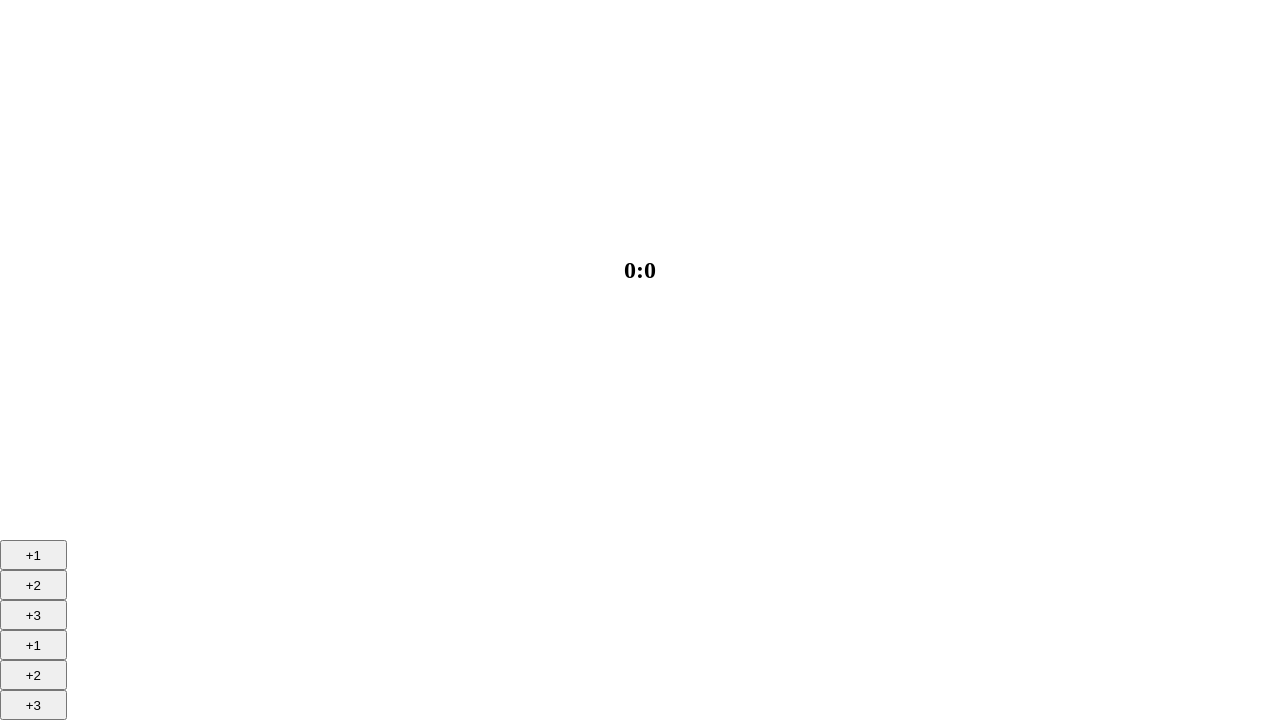
Repository: bollo89/scoreBoard
Page: index.html
The author's editor kept a copy of each file at every save. The page is drawn from the files as they stood at one save, then again after the next save.
The browser window is 1280 px wide. The pictures show the whole page.

Above is the page before, as saved 2022-01-21 11:54:34.

### index.html
<!DOCTYPE html>
<html lang="en">
<head>
    <meta charset="UTF-8">
    <meta http-equiv="X-UA-Compatible" content="IE=edge">
    <meta name="viewport" content="width=device-width, initial-scale=1.0">
    <link rel="stylesheet" href="./style.css">
    <title>Document</title>
</head>
<body>
    <section class="score">
        <h1 class="home"></h1>
        <h1 class="colon">:</h1>
        <h1 class="away"></h1>
    </section>
    <section class="btns">
        <button class="btn1h">+1</button>
        <button class="btn2h">+2</button>
        <button class="btn3h">+3</button>

        <button class="btn1a">+1</button>
        <button class="btn2a">+2</button>
        <button class="btn3a">+3</button>
    </section>
<script src="./script.js"></script>
</body>
</html>

### style.css
* {
    margin: 0;
    padding: 0;
}
body {
     height: 100vh;
     width: 100vw;
}
.score {
    height: 75vh;
    display: flex;
    align-items: center;
    justify-content: center;
}
.btns {
    height: 25vh;
    width: 100vw;
    display: flex;
    flex-direction: column;
}
.btn1h , .btn2h , .btn3h {
    height: 5em;
    width: 5em;

    align-items: flex-start;
    justify-content: flex-start;
}
.btn1a , .btn2a , .btn3a {
    height: 5em;
    width: 5em;

    align-items: flex-end;
    justify-content: flex-end;
}

### script.js
let home = document.querySelector('.home');
let n = 0;
home.innerHTML = n;

let away = document.querySelector('.away');
let m = 0;
away.innerHTML = m;

let btn1h = document.querySelector('.btn1h');
let btn2h = document.querySelector('.btn2h');
let btn3h = document.querySelector('.btn3h');
let btn1a = document.querySelector('.btn1a');
let btn2a = document.querySelector('.btn2a');
let btn3a = document.querySelector('.btn3a');
//punkty po lewej
function score1home() {
    n+=1;
    home.innerHTML = n;
    console.log(n);
}
function score2home() {
    n+=2;
    home.innerHTML = n;
    console.log(n);
}
function score3home() {
    n+=3;
    home.innerHTML = n;
    console.log(n);
}
//punkty po prawej
function score1away() {
    m+=1;
    away.innerHTML = m;
    console.log(m);
}
function score2away() {
    m+=2;
    away.innerHTML = m;
    console.log(m);
}
function score3away() {
    m+=3;
    away.innerHTML = m;
    console.log(m);
}

//przyciskibtn1.addEventListener('click',score1home,false);
btn1h.addEventListener('click',score1home,false);
btn2h.addEventListener('click',score2home,false);
btn3h.addEventListener('click',score3home,false);
btn1a.addEventListener('click',score1away,false);
btn2a.addEventListener('click',score2away,false);
btn3a.addEventListener('click',score3away,false);

After the next save:
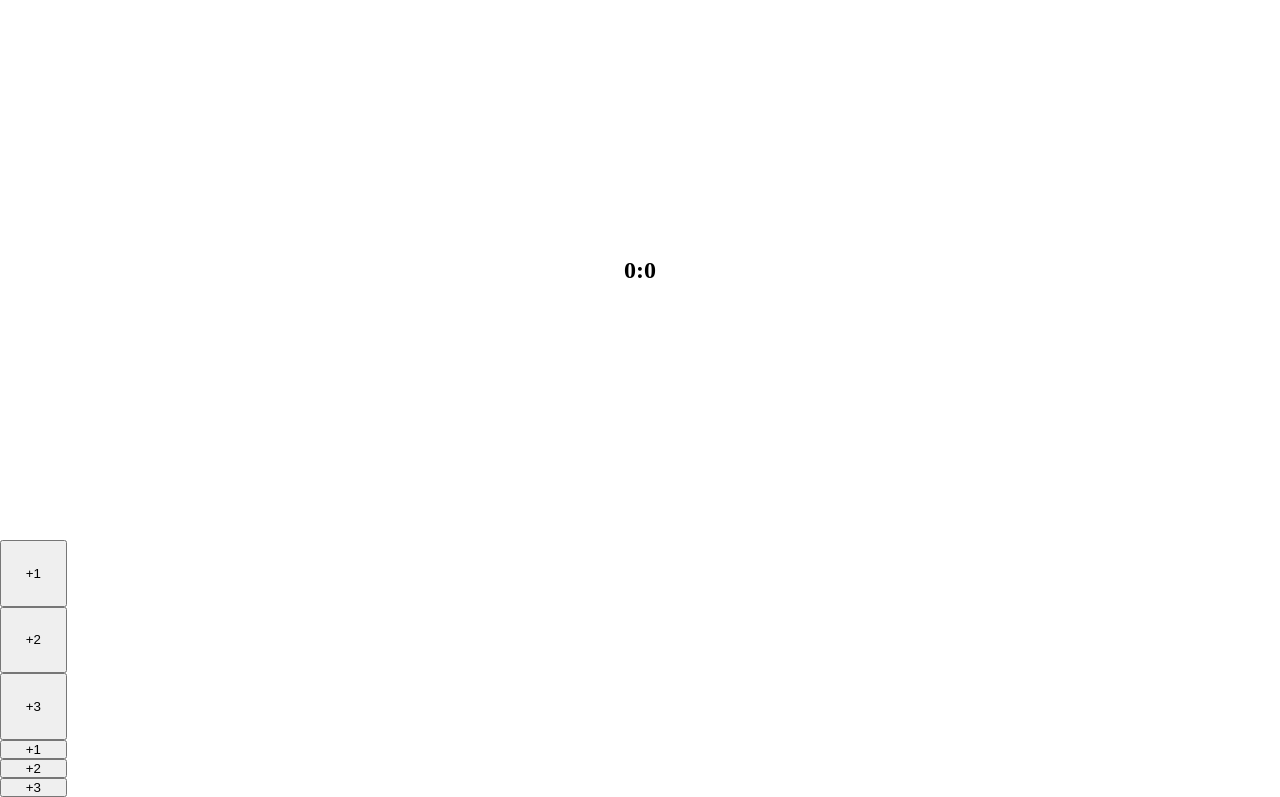
Saved 67 s later.
--- a/index.html
+++ b/index.html
@@ -14,13 +14,13 @@
         <h1 class="away"></h1>
     </section>
     <section class="btns">
-        <button class="btn1h">+1</button>
-        <button class="btn2h">+2</button>
-        <button class="btn3h">+3</button>
+        <div><button class="btn1h">+1</button></div>
+        <div><button class="btn2h">+2</button></div>
+        <div><button class="btn3h">+3</button></div>
 
-        <button class="btn1a">+1</button>
-        <button class="btn2a">+2</button>
-        <button class="btn3a">+3</button>
+        <div></div><button class="btn1a">+1</button></div>
+        <div></div><button class="btn2a">+2</button></div>
+        <div></div><button class="btn3a">+3</button></div>
     </section>
 <script src="./script.js"></script>
 </body>
